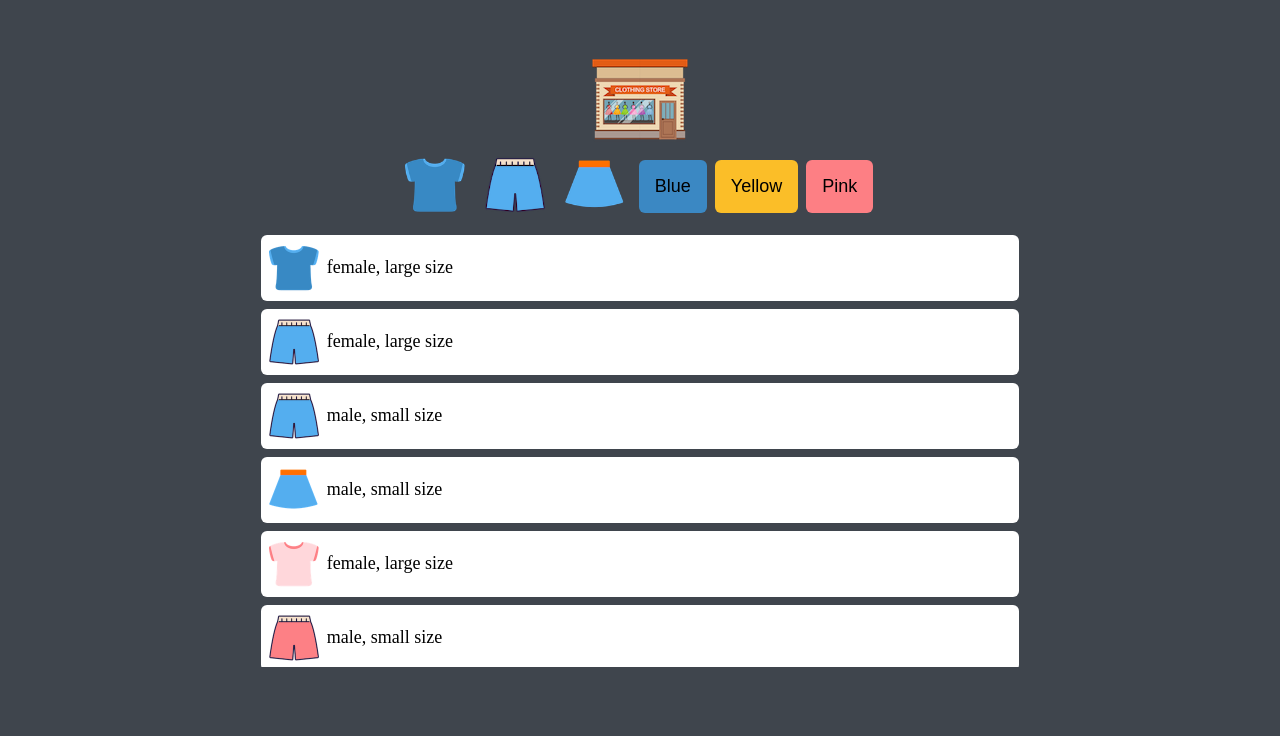
Repository: keehoonjung/Shoppingmall-Game
Page: index.html
These files come from the project's save history. The page is drawn as it stood at one moment and after the next save; the edit follows.
The browser window is 1280 px wide. The pictures show the whole page.
An inner scrolling area shows only its first screen.

Above is the page before, as saved 2021-08-12 20:36:26.

After the next save:
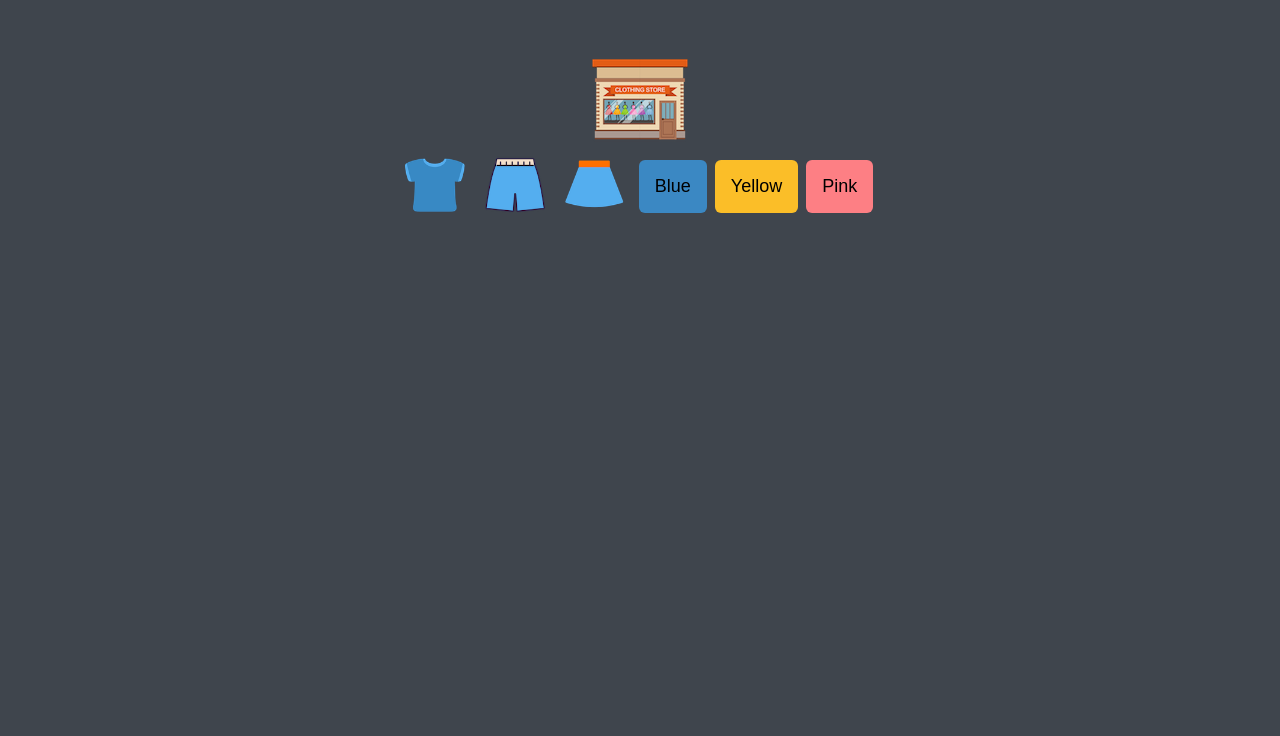
Console error: SyntaxError: missing ) after argument list
Saved 27 s later.
--- a/main.js
+++ b/main.js
@@ -29,9 +29,8 @@
       const typeName = event.target.dataset.type;
       const arrayItems = Array.from(items);
       console.log(arrayItems[0].type);
-      const result = arrayItems.filter((item) => {
-        item.type == typeName;
-      });
+      const result = arrayItems.filter((item) =>
+        item.type == typeName;);
       console.log(result);
     });
   })

After the save that followed:
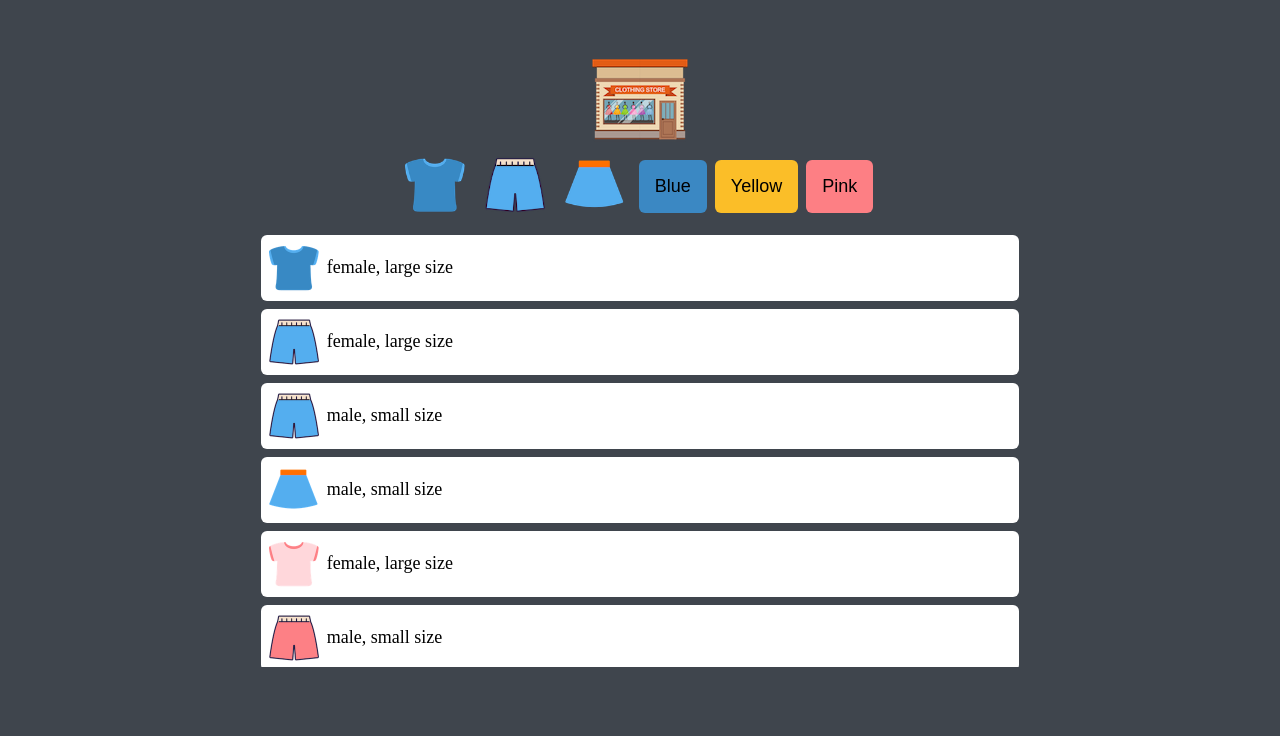
The error is gone.
Saved 8 s later.
--- a/main.js
+++ b/main.js
@@ -29,8 +29,7 @@
       const typeName = event.target.dataset.type;
       const arrayItems = Array.from(items);
       console.log(arrayItems[0].type);
-      const result = arrayItems.filter((item) =>
-        item.type == typeName;);
+      const result = arrayItems.filter((item) => item.type == typeName);
       console.log(result);
     });
   })
